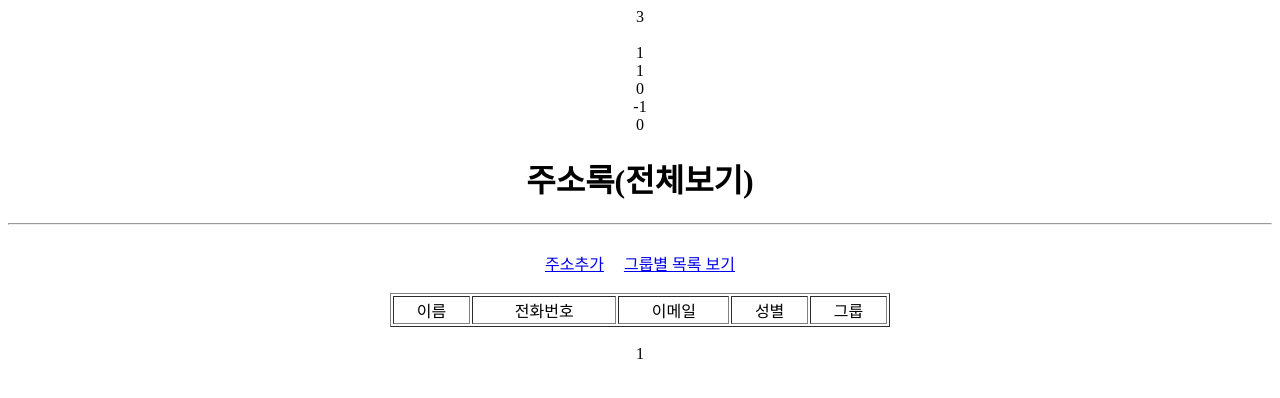
Repository: tellgeniewish/Web-programming
Page: http://localhost/ch03/Practice 38/addr_list.jsp
An editor plug-in stored every save of this project. The page is shown before and after the next save, followed by the edit.
The browser window is 1280 px wide. The pictures show the whole page.
The page is served by Tomcat 9.

Above is the page before, as saved 2023-12-14 03:41:36.

After the next save:
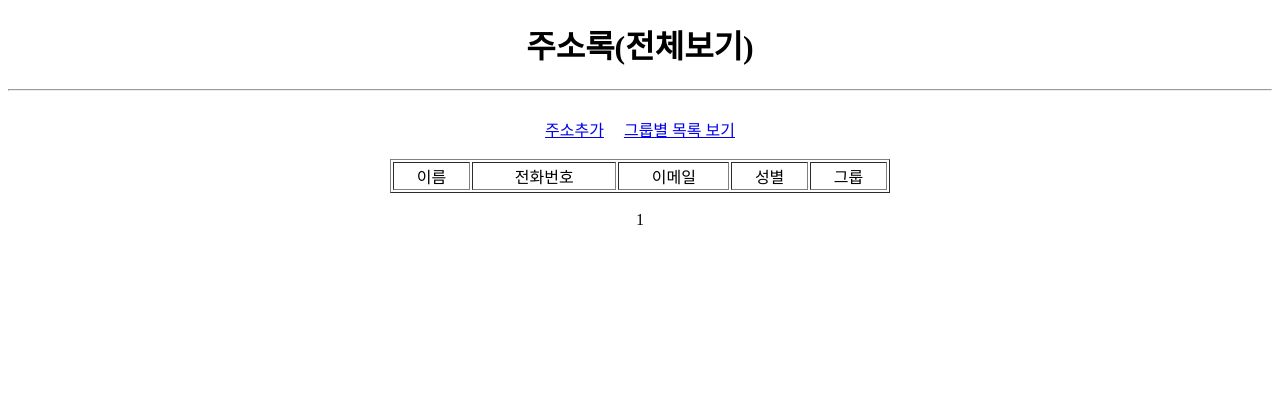
Saved 7 s later.
--- a/ch03/src/main/webapp/Practice 38/addr_list.jsp
+++ b/ch03/src/main/webapp/Practice 38/addr_list.jsp
@@ -86,14 +86,6 @@ else
     </c:otherwise>
 </c:choose>
 
-<c:out value="${rpp}" /><br>
-<c:out value="${sindex}" /><br>
-<c:out value="${currentPage}" /><br>
-<c:out value="${allpage}" /><br>
-<c:out value="${startIndex}" /><br>
-<c:out value="${lastIndex}" /><br>
-<c:out value="${addrmanager.getAddrList().size()}" /><br>
-
 <%-- ArrayList<AddrBean> a = addrmanager.getAddrList(); --%>
     <h1>주소록(전체보기)</h1>
     <hr>
